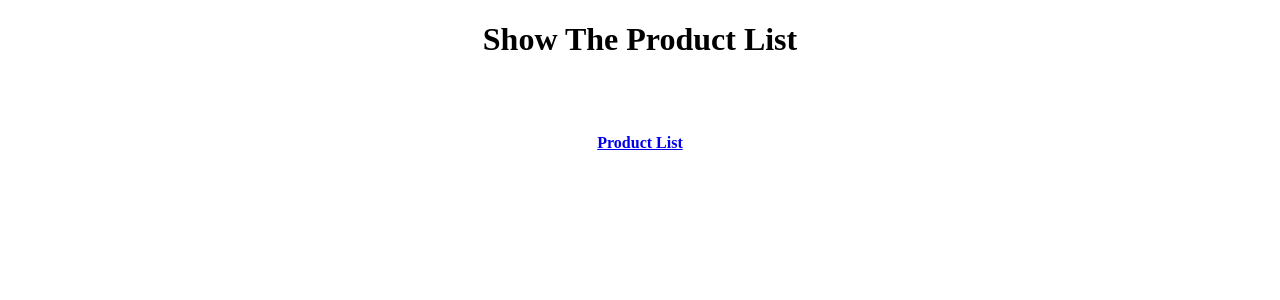
Repository: ravikumar0303/Advance-Java
Page: JSP_Product/src/main/webapp/index.html
The author's editor kept a copy of each file at every save. The page is drawn from the files as they stood at one save, then again after the next save.
The browser window is 1280 px wide. The pictures show the whole page.

Above is the page before, as saved 2023-06-27 07:25:45.

After the next save:
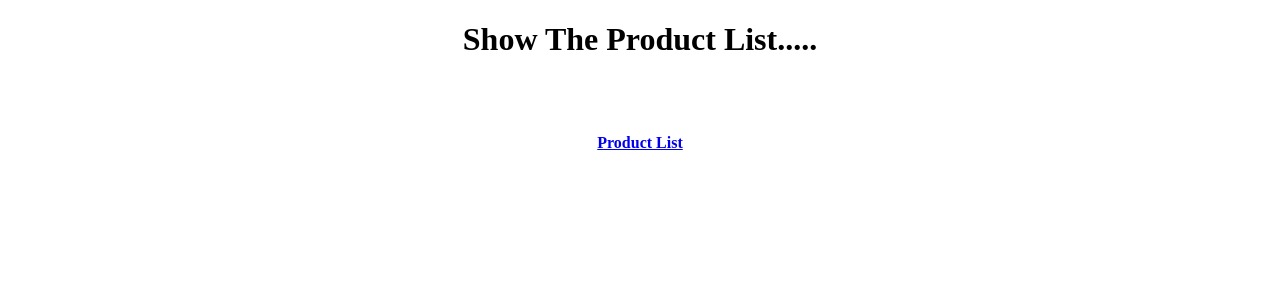
Saved 5 s later.
--- a/JSP_Product/src/main/webapp/index.html
+++ b/JSP_Product/src/main/webapp/index.html
@@ -4,7 +4,7 @@
 <meta charset="ISO-8859-1">
 <title>Insert title here</title>
 </head>
-<h1>Show The Product List</h1>
+<h1>Show The Product List.....</h1>
 <br><br><br>
 <body align="center">
    <b><a href="product">Product List</a></b>
